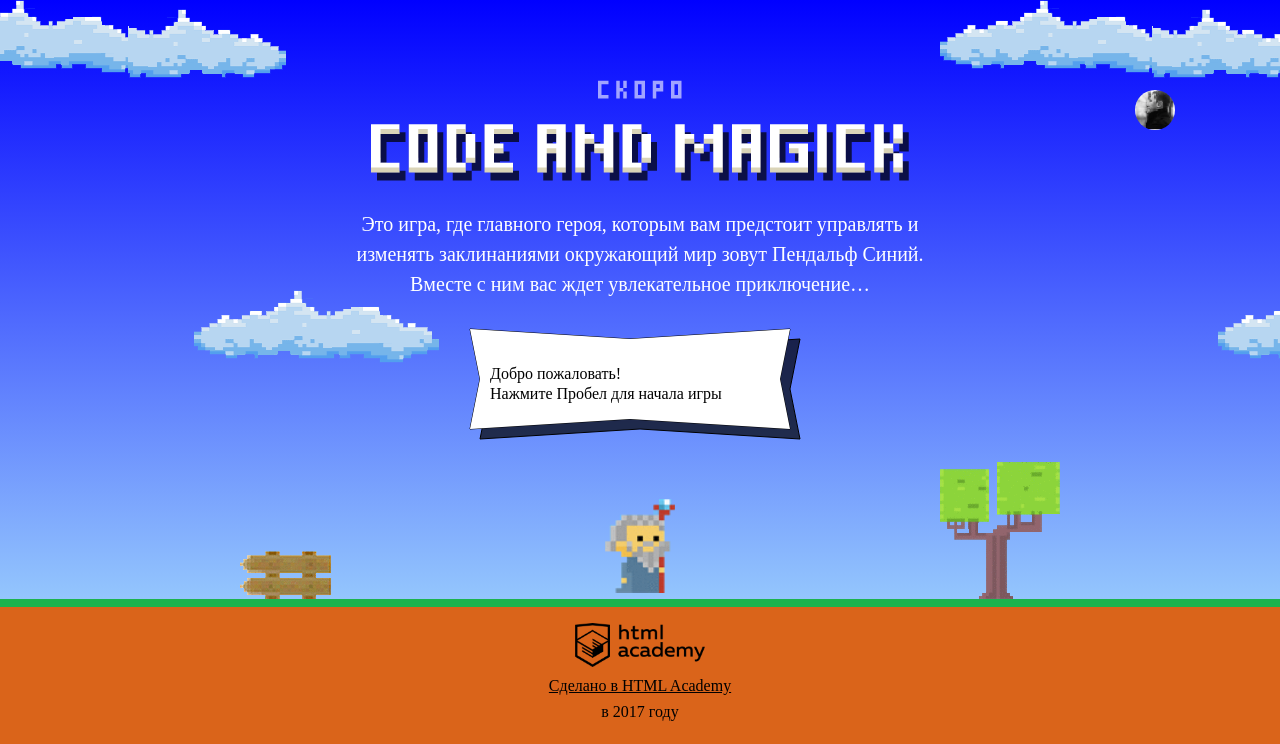
Repository: infernotw/1054987-code-and-magick-18
Page: index.html
An editor plug-in stored every save of this project. The page is shown before and after the next save, followed by the edit.
The browser window is 1280 px wide. The pictures show the whole page.
Some web fonts or font styles are not loaded; a fallback is used.

Above is the page before, as saved 2019-09-11 19:54:20.

After the next save:
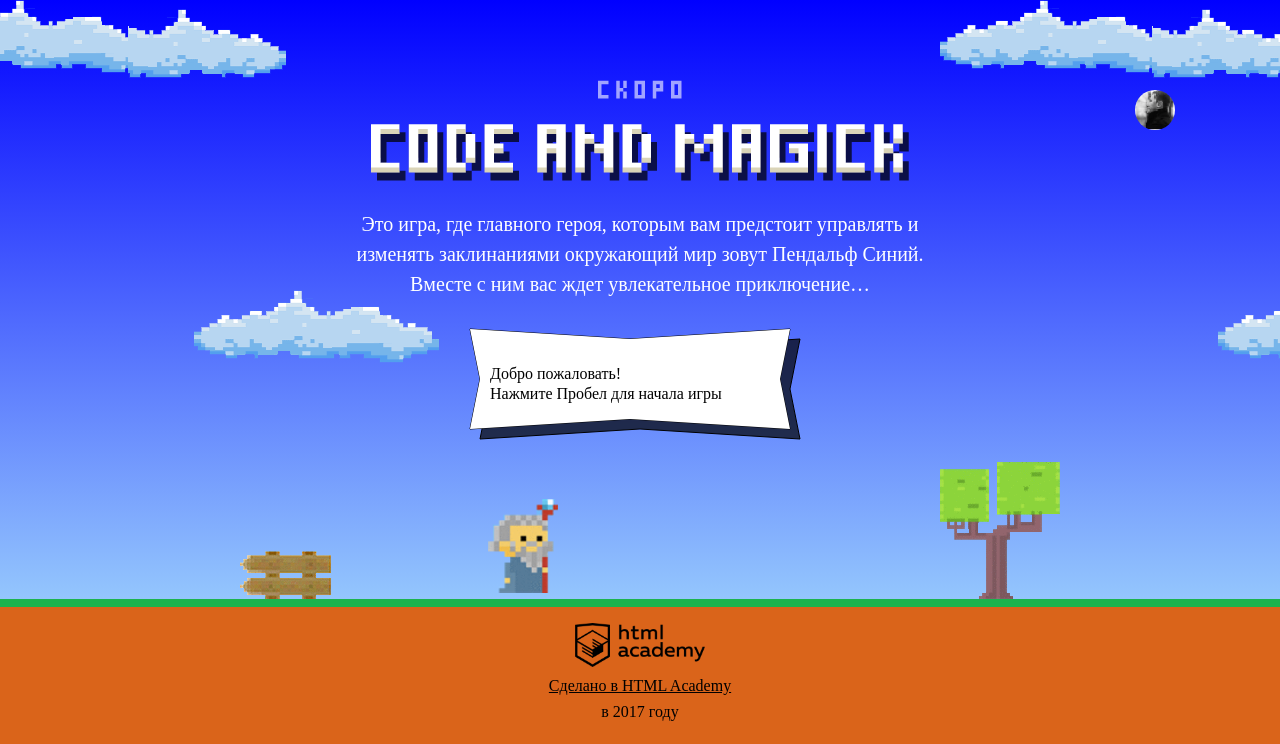
Saved 4 min 40 s later.
--- a/index.html
+++ b/index.html
@@ -195,7 +195,7 @@
   };
 
   var getWizardX = function(width) {
-    return width /2 - wizardWidth / 2;
+    return width /3 - wizardWidth / 2;
   };
 
   var getWizardY = function(height) {

After the save that followed:
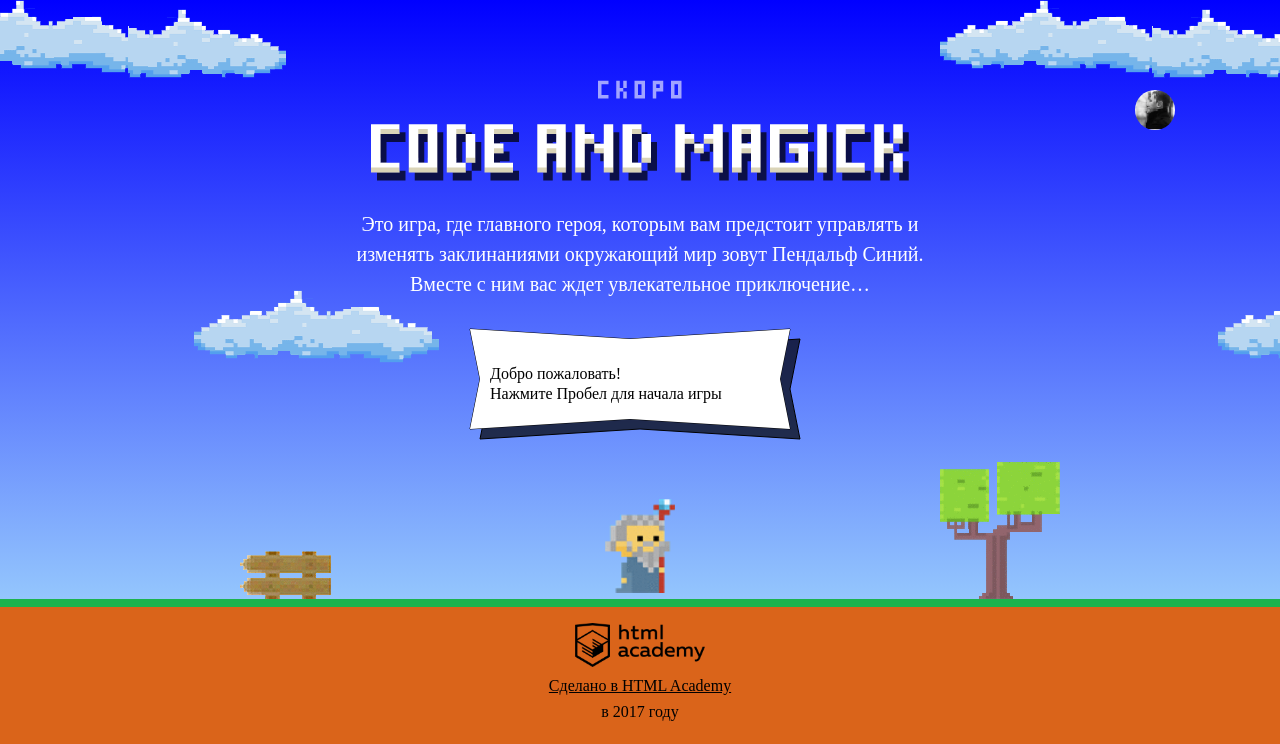
Saved 6 s later.
--- a/index.html
+++ b/index.html
@@ -195,7 +195,7 @@
   };
 
   var getWizardX = function(width) {
-    return width /3 - wizardWidth / 2;
+    return width /2 - wizardWidth / 2;
   };
 
   var getWizardY = function(height) {
